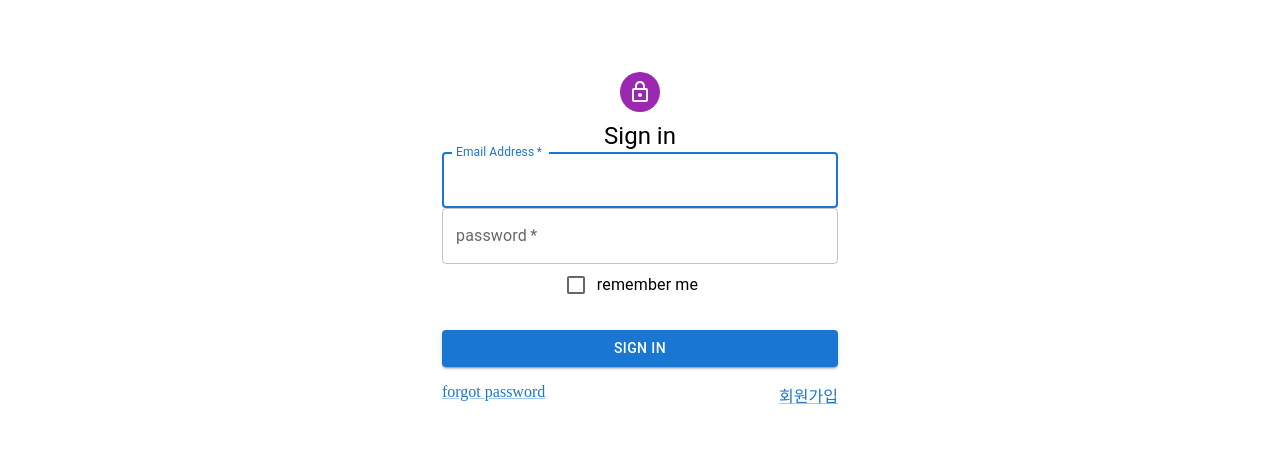
Repository: chlwpdnswku/nextjsportpolioclone
Page: /
The author's editor kept a copy of each file at every save. The page is drawn from the files as they stood at one save, then again after the next save.
The browser window is 1280 px wide. The pictures show the whole page.
The project was rebuilt for these pictures with package versions that can differ from the ones it lists, and the page was loaded fresh each time. The framework's server and built-in components were replaced by stand-ins that run in the browser. Also part of the build but not shown: next.config.js.

Above is the page before, as saved 2022-08-05 17:26:54.

### pages/index.tsx
import React, { useState } from 'react';
import type { NextPage } from 'next';
import Head from 'next/head';
import Image from 'next/image';
import styles from '../styles/Home.module.css';
import {
  Button,
  FormControl,
  FormControlLabel,
  Link,
  TextField,
  Grid,
  Typography,
  Avatar,
  Box,
  Container,
} from '@mui/material';
import LockOutlinedIcon from '@mui/icons-material/LockOutlined';
import Checkbox from '@mui/material/Checkbox';

const Home: NextPage = () => {
  return (
    <Container component='main' maxWidth='xs'>
      <Box
        sx={{
          marginTop: 8,
          display: 'flex',
          flexDirection: 'column',
          alignItems: 'center',
        }}
      >
        {/* Typography는 text폰트를 지정할수 있도록 하는 것 h1 테그로 감싸지고 variant h5 는 mui에서 지정한 h5디자인 적용  */}
        {/* Avata를 통해 아이콘을 원형으로 하기 sx제거해도 자동으로 margin 1만큼  */}
        <Avatar sx={{ m: 1, bgcolor: 'secondary.main' }}>
          {' '}
          <LockOutlinedIcon />
        </Avatar>

        <Typography component='h1' variant='h5'>
          Sign in
        </Typography>
        {/* 필수입력 required */}
        <TextField
          label='Email Address'
          required
          fullWidth
          name='email'
          autoComplete='email'
          autoFocus
        />
        <TextField
          label='password'
          type='password'
          required
          fullWidth
          name='password'
          autoComplete='current-password'
        />
        {/* 체크박스를 누를때 옆에 텍스트를 클릭했을때에도 체크박스가 체크가 된다 !*/}
        <FormControlLabel
          control={<Checkbox value='remember' color='primary'></Checkbox>}
          label='remember me'
        ></FormControlLabel>

        {/* 서버로 보내는 서브밋 타이틀을 만들어줌.  sx props 디자인을 간단히 고치고싶을때 css 효과*/}
        <Button
          type='submit'
          fullWidth
          variant='contained'
          sx={{ mt: 3, mb: 2 }}
        >
          SIGN IN
        </Button>
        <Grid container>
          <Grid item xs>
            <Link href='#'>forgot password</Link>
          </Grid>

          <Grid item>
            {' '}
            <Link href='#'>회원가입</Link>
          </Grid>
        </Grid>
      </Box>
    </Container>
  );
};

export default Home;

Loaded but not shown: pages/_app.tsx (common file); styles/globals.css (no stored copy; drawn as an empty file)

After the next save:
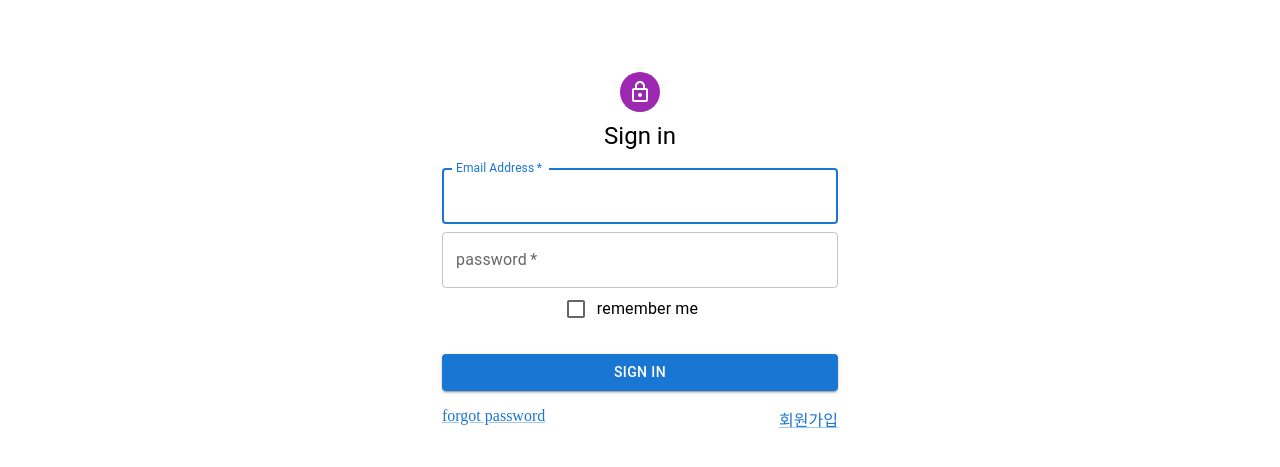
Saved 5 min 25 s later.
--- a/pages/index.tsx
+++ b/pages/index.tsx
@@ -41,6 +41,7 @@ const Home: NextPage = () => {
         </Typography>
         {/* 필수입력 required */}
         <TextField
+          margin='normal'
           label='Email Address'
           required
           fullWidth
